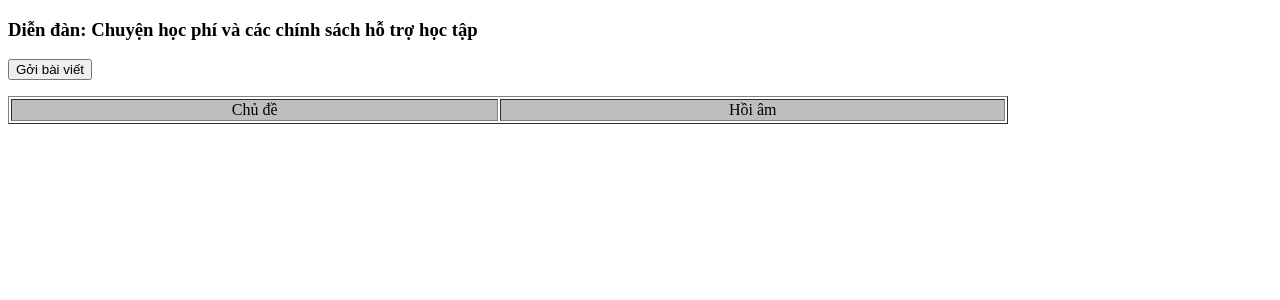
Repository: nguyenthanhnhan-st-961/GiuaKyChuyenDeWeb
Page: http://localhost/listTopics
An editor plug-in stored every save of this project. The page is shown before and after the next save, followed by the edit.
The browser window is 1280 px wide. The pictures show the whole page.
The page is this project's Thymeleaf template; nobody is signed in. The template is opened directly, without the code that normally fills it, so the values that code supplies are empty.

Above is the page before, as saved 2023-04-12 01:10:47.

After the next save:
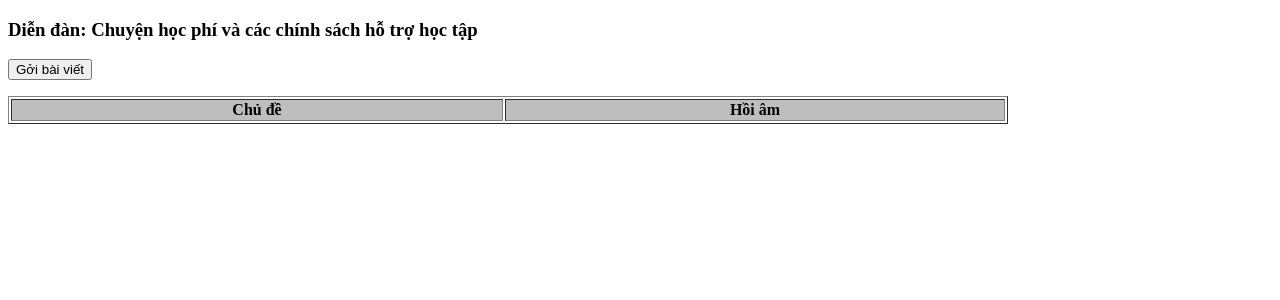
Saved 52 s later.
--- a/Forum/src/main/resources/templates/listTopics.html
+++ b/Forum/src/main/resources/templates/listTopics.html
@@ -20,8 +20,8 @@
 	<table border="1" style="width:1000px">
 		<thead>
 			<tr align="center">
-				<td>Chủ đề</td>
-				<td>Hồi âm</td>
+				<td><b>Chủ đề</b></td>
+				<td><b>Hồi âm</b></td>
 			</tr>
 		</thead>
 		<tbody>
